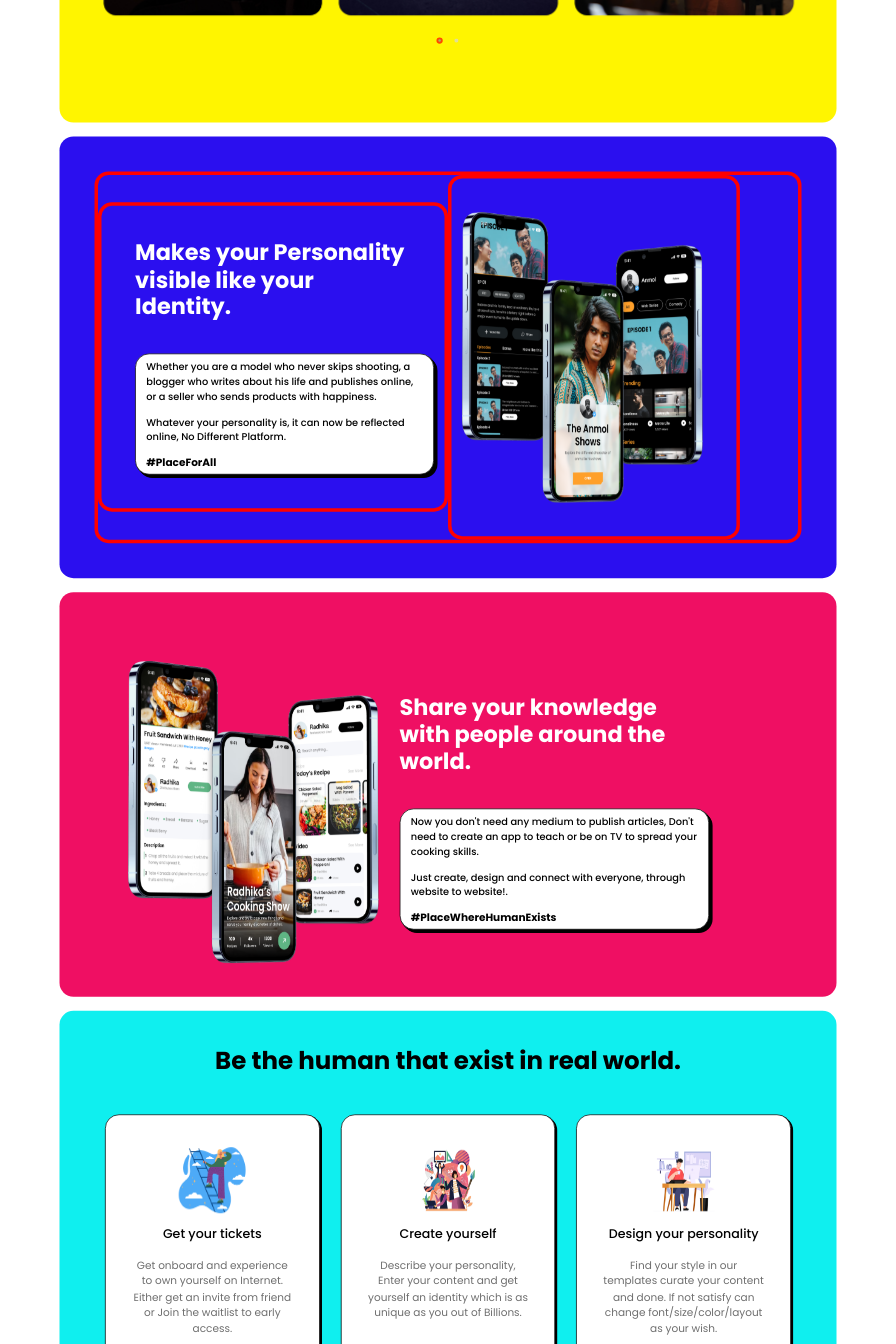
Repository: itsmesikandar/swavy.in.github.io
Page: index.html
An editor plug-in stored every save of this project. The page is shown before and after the next save, followed by the edit.
The browser window is 1280 px wide. The pictures show the part of the page from y = 2060 to 3980 px (the page is 4932 px tall before and 5575 px after), at 70% of full size.

Above is the page before, as saved 2023-02-23 22:28:45.
Console error: TypeError: Cannot read properties of undefined (reading 'fn')

After the next save:
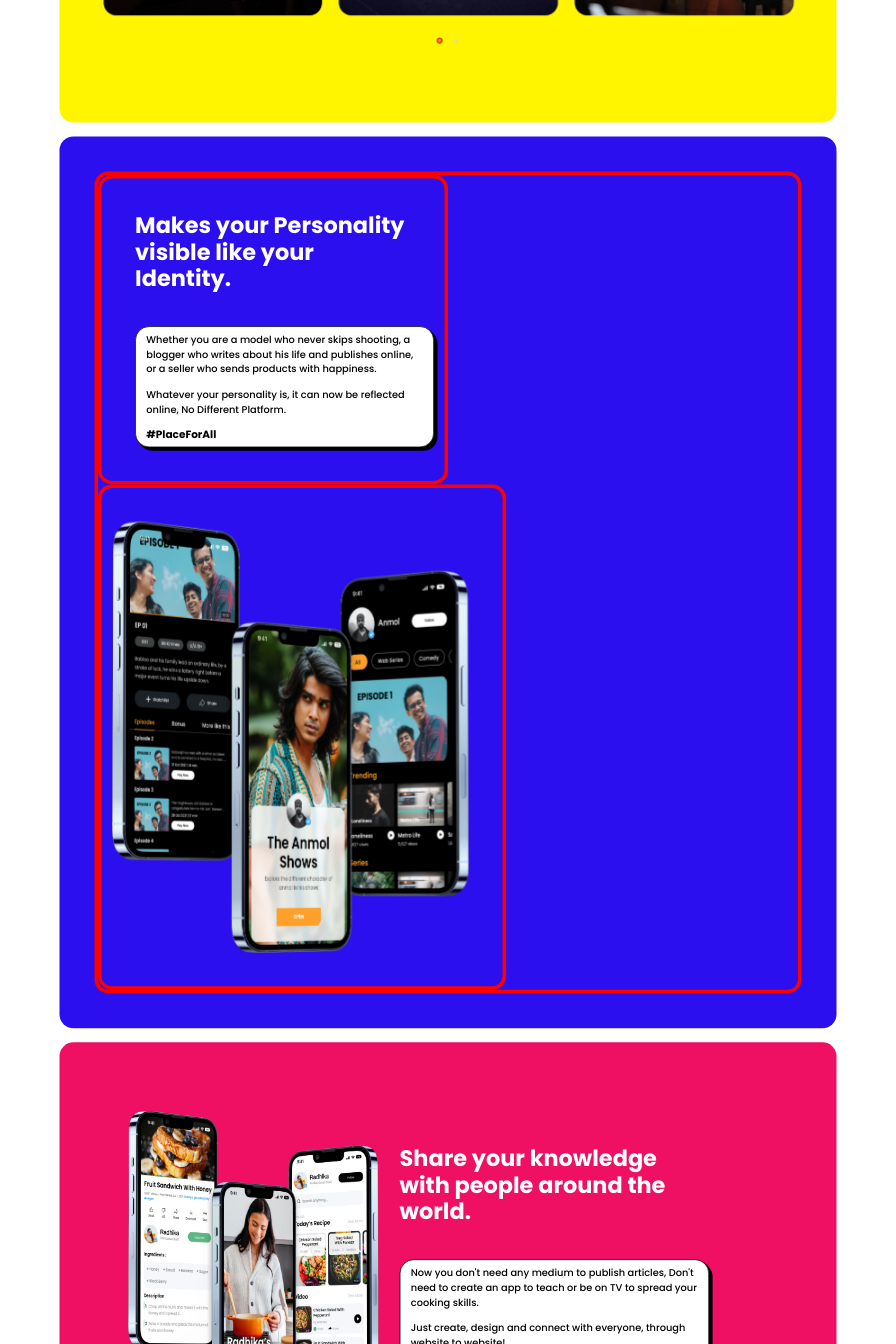
Saved 24 s later.
--- a/index.html
+++ b/index.html
@@ -145,7 +145,7 @@
                     <h4 class="font-wt-p color-black">#PlaceForAll</h4>
                   </div>
                 </div>
-                <div class="col-12 border-to  col-lg-5  img-digital grid-margin grid-margin-lg-0 pr-5 pt-5 pb-5" data-aos="fade-left">
+                <div class="col-12 border-to  col-lg-7  img-digital grid-margin grid-margin-lg-0 pr-5 pt-5 pb-5" data-aos="fade-left">
                   <div class="carousel slide" data-ride="carousel">
                     <div class="carousel-inner">
                       <div class="carousel-item active">
